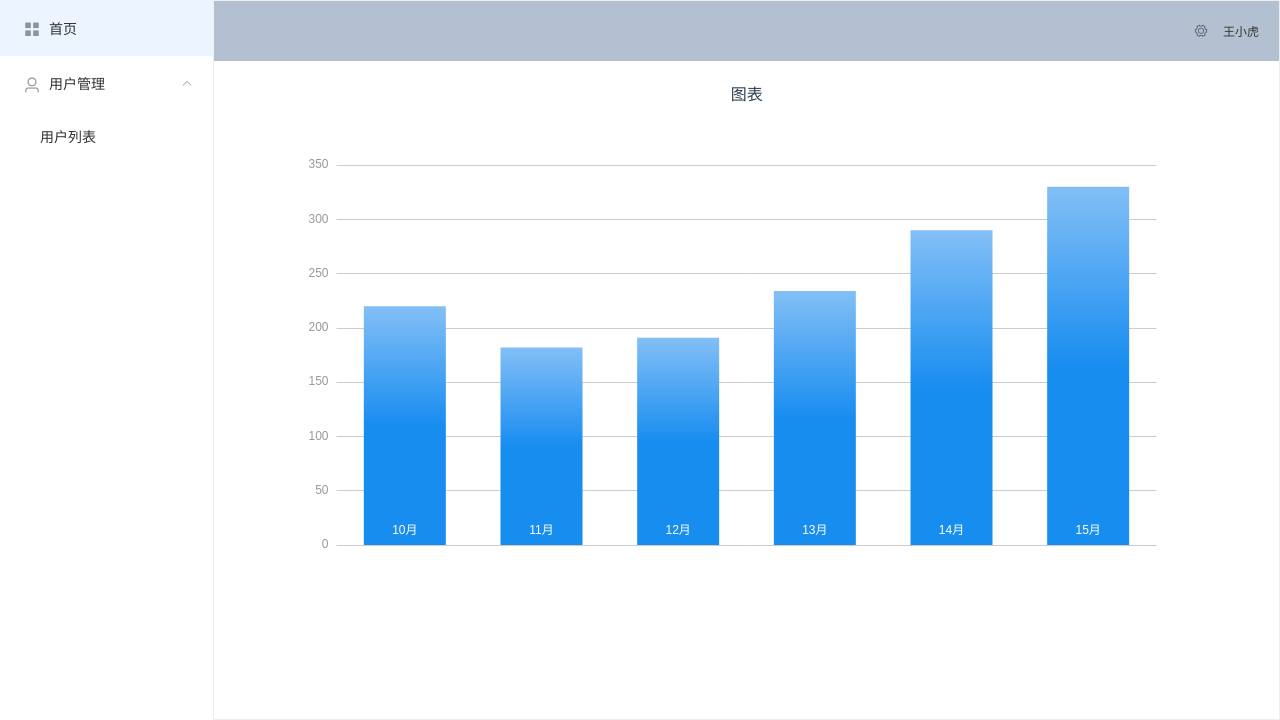
Repository: cmw520520/admin_vue
Page: /#/example/echart
An editor plug-in stored every save of this project. The page is shown before and after the next save, followed by the edit.
The browser window is 1280 px wide. The pictures show the whole page.
The project was rebuilt for these pictures with package versions that can differ from the ones it lists, and the page was loaded fresh each time. Also part of the build but not shown: src/page/home/Home.vue, src/page/user/UserList.vue.

Above is the page before, as saved 2019-07-01 13:24:31.

### index.html
<!DOCTYPE html>
<html>
  <head>
    <meta charset="utf-8">
    <meta name="viewport" content="width=device-width,initial-scale=1.0">
    <title>cmw</title>
  </head>
  <body>
    <div id="app"></div>
    <!-- built files will be auto injected -->
  </body>
</html>

### src/App.vue
<template>
  <div id="app">
    <!-- <img src="./assets/logo.png"> -->
    <router-view/>
  </div>
</template>

<script>
export default {
  name: 'App'
}
</script>

<style>
#app {
  font-family: 'Avenir', Helvetica, Arial, sans-serif;
  -webkit-font-smoothing: antialiased;
  -moz-osx-font-smoothing: grayscale;
  text-align: center;
  color: #2c3e50;
  width: 100%;
  height: 100%;
  /* margin-top: 60px; */
}

body, html {
  margin: 0;
  padding: 0;
  height: 100%;
  width: 100%;
}
</style>

### src/router/index.js
import Vue from 'vue'
import Router from 'vue-router'
// import HelloWorld from '@/components/HelloWorld'
import Manage from '@/page/Manage'
import Home from '@/page/home/Home'
import UserList from '@/page/user/UserList'
import Echart from '../../example/Echart'

Vue.use(Router)

export default new Router({
  routes: [
    {
      path: '/',
      name: '',
      component: Manage,
      children: [
        {
          path: '',
          component: Home,
          meta: []
        },
        {
          path: '/user/userlist',
          component: UserList,
          meta: []
        },
        {
          path: '/example/echart',
          component: Echart,
          meta: ['图表']
        }
      ]
    }
  ]
})

### src/page/Manage.vue
<template>
  <el-container style="height: 100%;">
    <el-col :span="4" style="background-color: #ffffff;overflow:hidden;">
      <el-slider></el-slider>
    </el-col>

    <el-col :span="20" style="border: 1px solid #eee;overflow: auto;overflow-scrolling: touch;">
      <el-header style="text-align: right; font-size: 12px">
        <el-dropdown>
          <i class="el-icon-setting" style="margin-right: 15px"></i>
          <el-dropdown-menu slot="dropdown">
            <el-dropdown-item>查看</el-dropdown-item>
            <el-dropdown-item>新增</el-dropdown-item>
            <el-dropdown-item>删除</el-dropdown-item>
          </el-dropdown-menu>
        </el-dropdown>
        <span>王小虎</span>
      </el-header>

      <el-main>
        <transition name="fade" mode="out-in">
            <router-view></router-view>
        </transition>
      </el-main>
    </el-col>
  </el-container>
</template>

<script>
import slider from '@/components/Slider'

export default {
  name: 'manage',
  components: {
    'el-slider': slider
  }
}
</script>

<style>
.el-header {
  background-color: #b3c0d1;
  color: #333;
  line-height: 60px;
}

.el-aside {
  color: #333;
}

.fade-enter-active, .fade-leave-active {
    transition: opacity 0.5s, transform 0.5s;
}

.fade-enter, .fade-leave-to {
    opacity: 0;
}
</style>

### example/Echart.vue
<template>
  <el-row>
    <el-col>图表</el-col>
    <el-col>
        <div id="main" style="height:500px;"></div>
    </el-col>
  </el-row>
</template>

<script>
import echarts from "echarts/lib/echarts";
// 引入柱状图
import "echarts/lib/chart/bar";

export default {
  name: "echart",
  data() {
    return {
      chartBar: null
    }
  },
  mounted() {
    // 初始化图表
    this.chartInit();
  },
  methods: {
      chartInit () {
        this.chartBar = echarts.init(document.getElementById("main"));
        this.chartBar.setOption({
          xAxis: {
            data:  ['10月', '11月', '12月', '13月', '14月', '15月'],
            axisLabel: {
                inside: true,
                textStyle: {
                    color: '#fff'
                }
            },
            axisTick: {
                show: false
            },
            axisLine: {
                show: false
            },
            z: 10
            },
          yAxis: {
            axisLine: {
                show: false
            },
            axisTick: {
                show: false
            },
            axisLabel: {
                textStyle: {
                    color: '#999'
                }
            }
          },
          dataZoom: [
            {
                type: 'inside'
            }
          ],
          series: [
            { // For shadow
                type: 'bar',
                itemStyle: {
                    normal: {color: 'rgba(0,0,0,0.05)'}
                },
                barGap:'-100%',
                barCategoryGap:'40%',
                data: [],
                animation: false
            },
            {
                type: 'bar',
                itemStyle: {
                    normal: {
                        color: new echarts.graphic.LinearGradient(
                            0, 0, 0, 1,
                            [
                                {offset: 0, color: '#83bff6'},
                                {offset: 0.5, color: '#188df0'},
                                {offset: 1, color: '#188df0'}
                            ]
                        )
                    },
                    emphasis: {
                        color: new echarts.graphic.LinearGradient(
                            0, 0, 0, 1,
                            [
                                {offset: 0, color: '#2378f7'},
                                {offset: 0.7, color: '#2378f7'},
                                {offset: 1, color: '#83bff6'}
                            ]
                        )
                    }
                },
                data: [220, 182, 191, 234, 290, 330]
            }
          ]
        });
      }
  }
}
</script>

<style>
</style>

### src/components/Slider.vue
<template>
  <el-menu :default-openeds="['1', '3']" style="border:none;text-align:left;" router>
    <label v-for="(item, index) in navMenu" :key="index">
      <el-menu-item v-if="item.isHeader" :index="item.component">
        <i :class=item.icon></i>
        <span slot="title">{{ item.name }}</span>
      </el-menu-item>

      <el-submenu v-else :index="String(index)">
        <template slot="title">
          <i :class=item.icon></i>{{ item.name }}
        </template>
        <el-menu-item v-for="(item2, index2) in item.children" :key="index2" :index="item2.component">{{ item2.name }}</el-menu-item>
      </el-submenu>
    </label>
  </el-menu>
</template>

<script>
export default {
  name: 'slider',
  data () {
    return {
      navMenu: [
        {
          isHeader: true,
          name: '首页',
          icon: 'el-icon-menu',
          component: '/'
        },
        {
          name: '用户管理',
          icon: 'el-icon-user',
          children: [
            {
              name: '用户列表',
              component: '/user/userlist'
            }
          ]
        }
      ]
    }
  }
}
</script>

<style>
</style>

Loaded but not shown: src/main.js (common file)

After the next save:
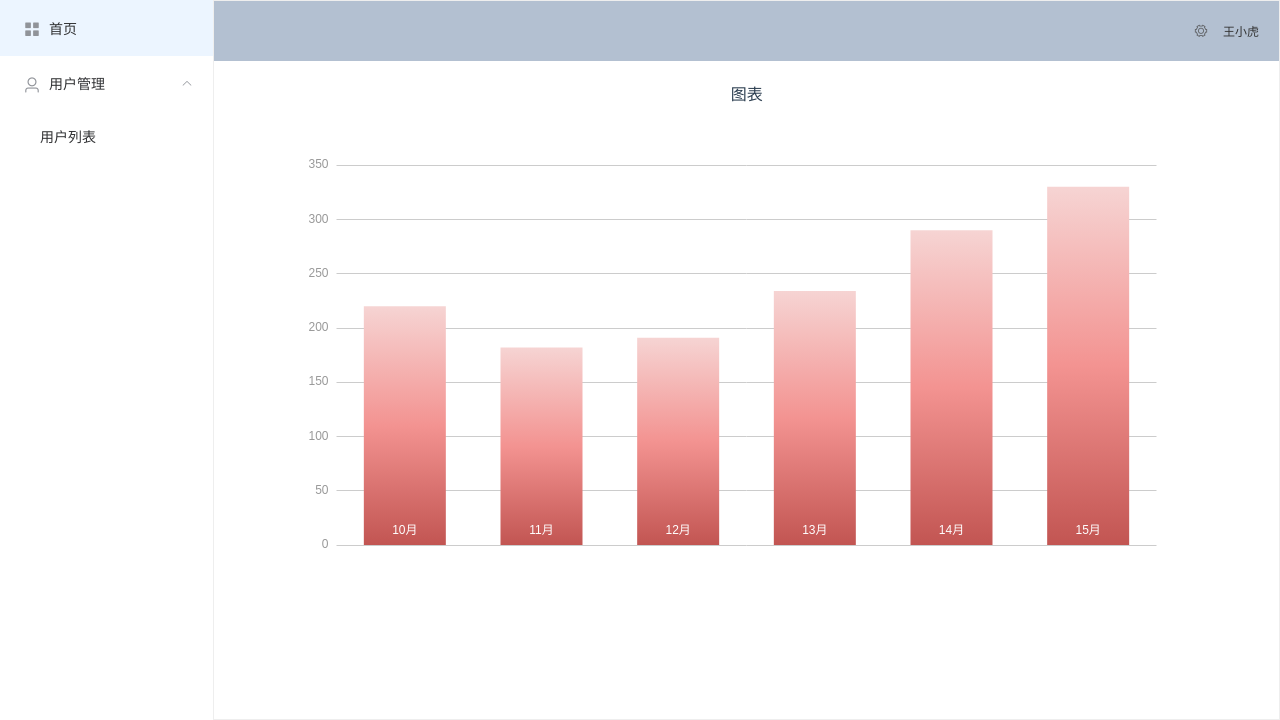
Saved 4 min 55 s later.
--- a/example/Echart.vue
+++ b/example/Echart.vue
@@ -79,9 +79,9 @@ export default {
                         color: new echarts.graphic.LinearGradient(
                             0, 0, 0, 1,
                             [
-                                {offset: 0, color: '#83bff6'},
-                                {offset: 0.5, color: '#188df0'},
-                                {offset: 1, color: '#188df0'}
+                                {offset: 0, color: '#f6d4d3'},
+                                {offset: 0.5, color: '#f39391'},
+                                {offset: 1, color: '#C25552'}
                             ]
                         )
                     },
